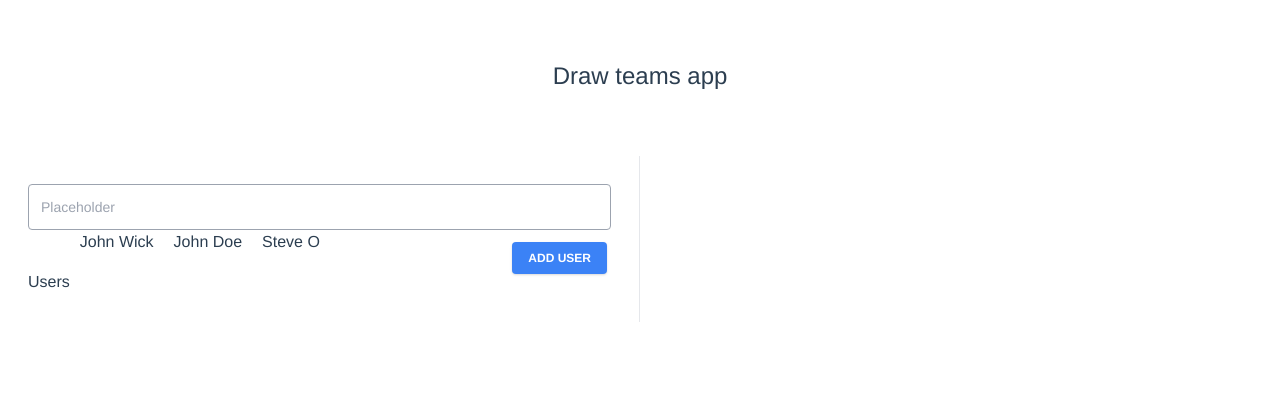
Repository: AlekJanevski/draw-teams-app
Page: /
These files come from the project's save history. The page is drawn as it stood at one moment and after the next save; the edit follows.
The browser window is 1280 px wide. The pictures show the whole page.
The project was rebuilt for these pictures with package versions that can differ from the ones it lists, and the page was loaded fresh each time.

Above is the page before, as saved 2021-03-18 21:00:26.

### src/components/HelloWorld.vue
<template>
  <div>
    <h1 class="mb-16 text-2xl">Draw teams app</h1>

    <!-- Add user wrapper starts -->
    <div class="w-1/2 h-full mb-3 border-r p-7">
      <form name="add-user" method="post" @submit.prevent="addUser">
        <!-- Add user input starts -->
        <input
          v-model="userInput"
          type="text"
          placeholder="Placeholder"
          class="relative w-full px-3 py-3 text-sm text-gray-700 placeholder-gray-400 bg-white border border-gray-400 rounded outline-none focus:outline-none focus:shadow-outline"
        />
        <!-- Add user input ends -->

        <!-- Add user button starts -->
        <button class="float-right px-4 py-2 mt-3 mb-1 mr-1 text-xs font-bold text-white uppercase bg-blue-500 rounded shadow outline-none active:bg-blue-600 hover:shadow-md focus:outline-none" type="submit" style="transition: all .15s ease">
          Add user
        </button>
        <!-- Add button ends -->
      </form>

      <div v-if="users.length" class="flex items-start justify-start">
        <h3 class="block">Users</h3>
        <ul>
          <li v-for="(user, id) in users" :key="id">
            {{ user.name }}
          </li>
        </ul>
      </div>
    </div>
    <!-- Add user wrapper ends -->
  </div>
</template>

<script>
export default {
  name: 'HelloWorld',

  data() {
    return {
      users: [
        { id: 1, name: 'John Wick' },
        { id: 2, name: 'John Doe' },
        { id: 3, name: 'Steve O' }
      ],
      userInput: ''
    }
  },

  methods: {
    addUser() {
        this.users.push({
        id:this.users.length+1,
        name: this.userInput
      });

      this.addTodoInput = '';
    }
  }
}
</script>

<!-- Add "scoped" attribute to limit CSS to this component only -->
<style scoped>
h3 {
  margin: 40px 0 0;
}
ul {
  list-style-type: none;
  padding: 0;
}
li {
  display: inline-block;
  margin: 0 10px;
}
a {
  color: #42b983;
}
</style>

Loaded but not shown: public/index.html (common file); src/main.js (common file); src/App.vue (common file); src/index.css (common file); tailwind.config.js (common file)

After the next save:
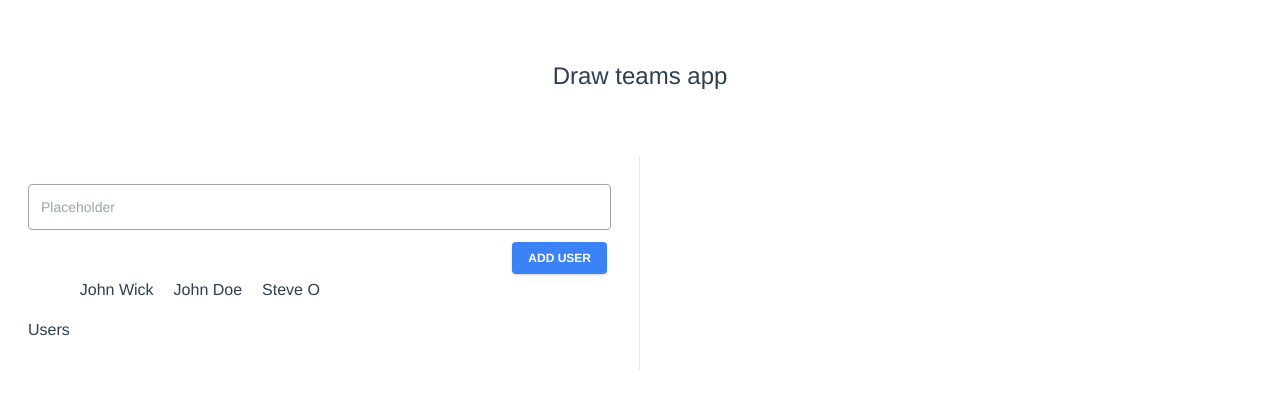
Saved 29 s later.
--- a/src/components/HelloWorld.vue
+++ b/src/components/HelloWorld.vue
@@ -21,7 +21,7 @@
         <!-- Add button ends -->
       </form>
 
-      <div v-if="users.length" class="flex items-start justify-start">
+      <div v-if="users.length" class="flex items-start justify-start w-full">
         <h3 class="block">Users</h3>
         <ul>
           <li v-for="(user, id) in users" :key="id">
